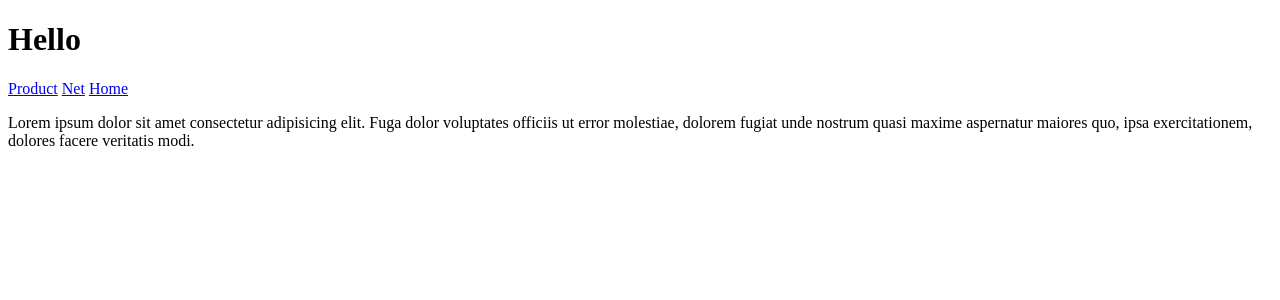
Repository: Nguyen-Toan-2004/du-an-test
Page: index.html
These files come from the project's save history. The page is drawn as it stood at one moment and after a run of saves; the edit follows.
The browser window is 1280 px wide. The pictures show the whole page.

Above is the page before, as saved 2025-10-16 20:33:13.

### index.html
<!DOCTYPE html>
<html lang="en">
  <head>
    <meta charset="UTF-8" />
    <meta name="viewport" content="width=device-width, initial-scale=1.0" />
    <title>Index</title>
  </head>
  <body>
    <h1>Hello</h1>
    <a href="product.htm">Product</a>
    <a href="net.htm">Net</a>
    <a href="home.html">Home</a>
    <p>
      Lorem ipsum dolor sit amet consectetur adipisicing elit. Fuga dolor
      voluptates officiis ut error molestiae, dolorem fugiat unde nostrum quasi
      maxime aspernatur maiores quo, ipsa exercitationem, dolores facere
      veritatis modi.
    </p>
  </body>
</html>

After the next 4 saves:
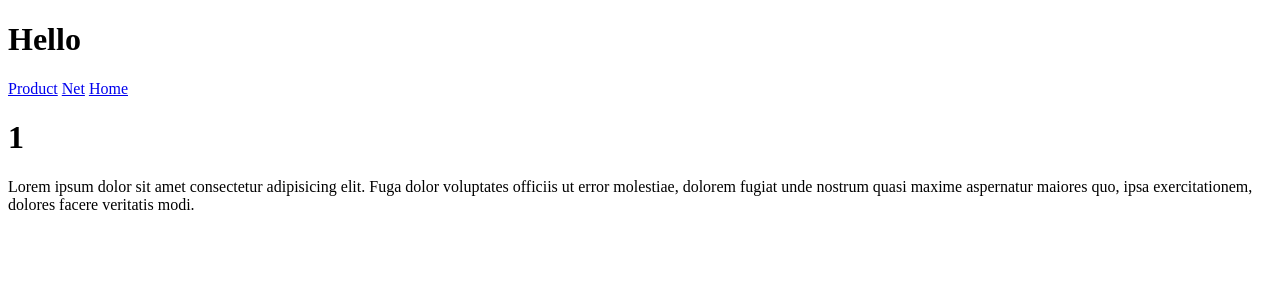
The 4 saves are shown as one change because they came seconds apart.
The last was saved 9 s later.
--- a/index.html
+++ b/index.html
@@ -10,6 +10,7 @@
     <a href="product.htm">Product</a>
     <a href="net.htm">Net</a>
     <a href="home.html">Home</a>
+    <h1>1</h1>
     <p>
       Lorem ipsum dolor sit amet consectetur adipisicing elit. Fuga dolor
       voluptates officiis ut error molestiae, dolorem fugiat unde nostrum quasi
